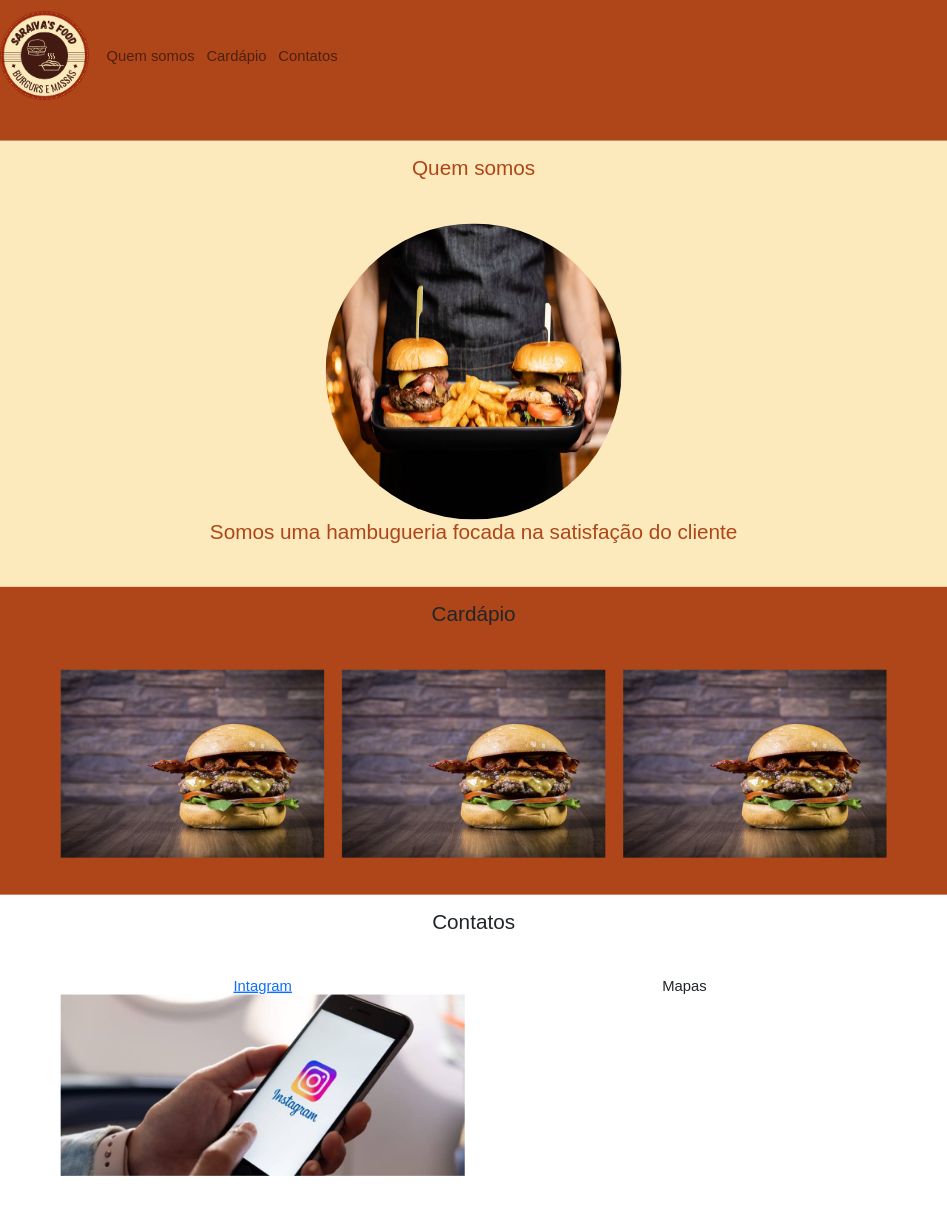
Repository: Tuanemendes/curso_bootstrap
Page: projeto1/index.html
The author's editor kept a copy of each file at every save. The page is drawn from the files as they stood at one save, then again after the next save.
The browser window is 1280 px wide. The pictures show the whole page, at 74% of full size.
Pictures or frames that could not be fetched are drawn as grey boxes.

Above is the page before, as saved 2022-04-04 17:45:27.

### projeto1/index.html
<!DOCTYPE html>
<html lang="pt-br">

<head>
    <title>Saraiva's</title>
    <meta charset="utf-8">
     <link href="https://cdn.jsdelivr.net/npm/bootstrap@5.1.3/dist/css/bootstrap.min.css" rel="stylesheet" integrity="sha384-1BmE4kWBq78iYhFldvKuhfTAU6auU8tT94WrHftjDbrCEXSU1oBoqyl2QvZ6jIW3" crossorigin="anonymous">
        <link rel=" stylesheet" type="text/css" href="/css/style.css">
</head>

<body>
    <nav class="navbar navbar-expand-lg navbar-light margin">
        <a class="navbar-brand" href="#">
            <img src="/img/saraivasfood.png" alt="logo" width="120" height="120">
        </a>
        <div class="collapse navbar-collapse">
            <ul class="navbar-nav">
                <li class="nav-item">
                    <a class="nav-link " href="#"> Quem somos </a>
                </li>
                <li class="nav-item">
                    <a class="nav-link " href="#"> Cardápio </a>
                </li>
                <li class="nav-item">
                    <a class="nav-link " href="#"> Contatos </a>
                </li>
            </ul>
        </div>
    </nav>

    <section id="quemsomos">
        <div class="container-fluid quem-somos text-center margin">
            <h3 class="margin">Quem somos</h3>
            <img src="/img/FICHA-TECNICA-PARA-HAMBURGUERIA-DICA.jpg" class="rounded-circle" alt="burgueria" width="400" height="400">
            <h3>Somos uma hambugueria  focada na satisfação do cliente</h3>
        </div>
    </section>
    <section id="cardapio">
        <div class="container-fluid text-center margin cardapio">
           <h3 class="margin">Cardápio</h3>
            <div class="container">
                <div class="row">
                    <div class="col-lg-4">
                         <img src="/img/como-montar-uma-hamburgueria.jpg" alt="" width="100%" >

                    </div>
                    <div class="col-lg-4">
                        <img src="/img/como-montar-uma-hamburgueria.jpg" alt="" width="100%">

                    </div>
                    <div class="col-lg-4">
                        <img src="/img/como-montar-uma-hamburgueria.jpg" alt="" width="100%">

                    </div>
                </div>
            </div>
        </div>
    </section>

    <section id="contatos">
        <div class="container-fluid text-center margin contatos">
            <h3 class="margin">Contatos</h3>
            <div class="container">
                <div class="row">
                    <div class="col-lg-6">
                        <a href="https://www.instagram.com/saraivasfood/">Intagram</a>
                        <img src="/img/Instagram-1-1000x450.jpg" alt="" width="100%">
                    </div>
                    <div class="col-lg-6">
                        <p> Mapas</p>

                        <iframe src="https://www.google.com/maps/embed?pb=!1m18!1m12!1m3!1d3752.8455517590714!2d-44.02769498450882!3d-19.846486940844304!2m3!1f0!2f0!3f0!3m2!1i1024!2i768!4f13.1!3m3!1m2!1s0xa6922b50d9f6bb%3A0x419cabd354821c77!2sR.%20Cl%C3%A1udio%20Manoel%20da%20Costa%20-%20Nacional%2C%20Contagem%20-%20MG%2C%2032185-210!5e0!3m2!1spt-BR!2sbr!4v1649093905627!5m2!1spt-BR!2sbr" width="100%" height="100%" style="border:0;" allowfullscreen="" loading="lazy" referrerpolicy="no-referrer-when-downgrade"></iframe>
                    </div>
                </div>
            </div>
        </div>
    </section>

</body>

</html>

### css/style.css
body{
  font: 20px Arial,sans-serif;
}

.navbar{
    background-color: #ae4619;

}
.quem-somos{
    background-color: #fceabc;
    color: #ae4619;

}
.margin{
    padding-bottom: 50px;
    padding-top: 10px;

}
.cardapio{
    background-color: #ae4619;

}
.contato{
    background-color: #fceabc;
    color: #ae4619;

}

After the next save:
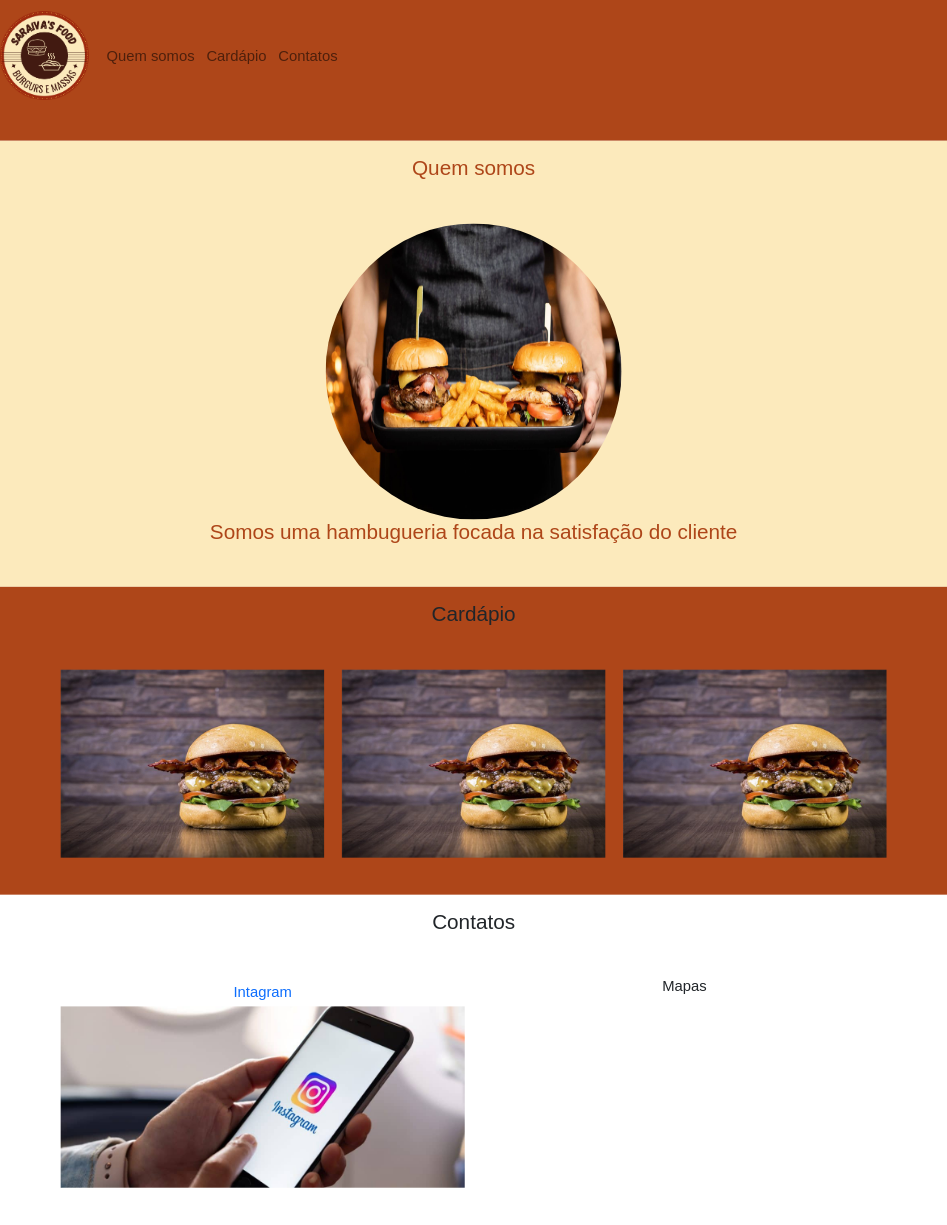
Saved 27 s later.
--- a/projeto1/index.html
+++ b/projeto1/index.html
@@ -63,7 +63,7 @@
             <div class="container">
                 <div class="row">
                     <div class="col-lg-6">
-                        <a href="https://www.instagram.com/saraivasfood/">Intagram</a>
+                        <a class="nav-link " href="https://www.instagram.com/saraivasfood/">Intagram</a>
                         <img src="/img/Instagram-1-1000x450.jpg" alt="" width="100%">
                     </div>
                     <div class="col-lg-6">
